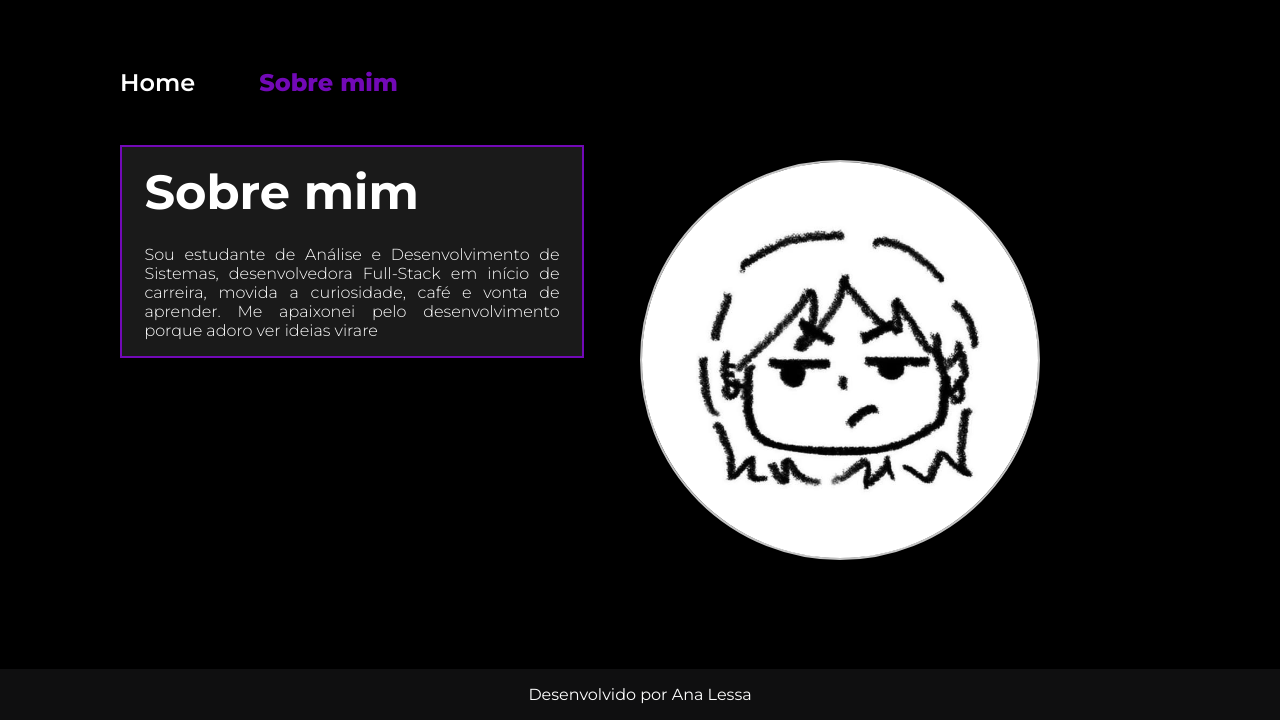
Repository: analessp/portfolio-developer
Page: about-me.html
These files come from the project's save history. The page is drawn as it stood at one moment and after a run of saves; the edit follows.
The browser window is 1280 px wide. The pictures show the whole page.

Above is the page before, as saved 2025-04-25 09:38:45.

After the next 3 saves:
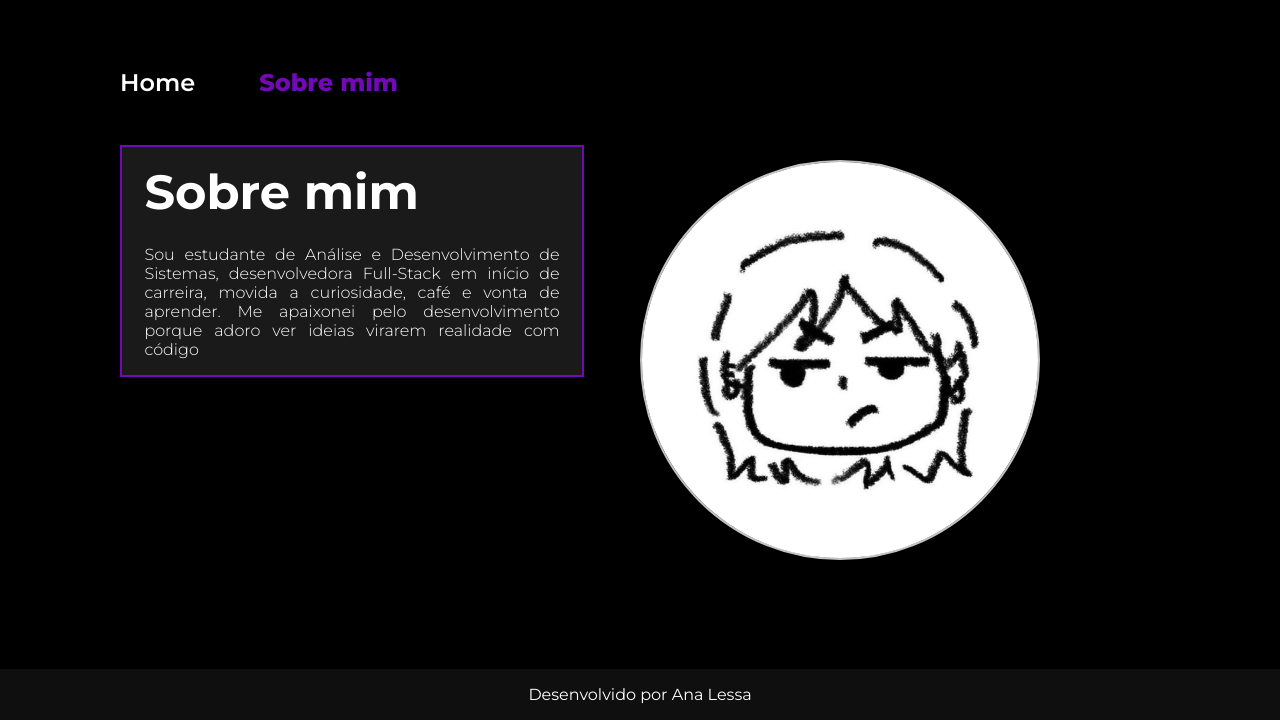
The 3 saves are shown as one change because they came seconds apart.
The last was saved 12 s later.
--- a/about-me.html
+++ b/about-me.html
@@ -22,7 +22,7 @@
     <main>
         <div class="about-me">
             <h1>Sobre mim</h1>
-            <p>Sou estudante de Análise e Desenvolvimento de Sistemas, desenvolvedora Full-Stack em início de carreira, movida a curiosidade, café e vonta de aprender. Me apaixonei pelo desenvolvimento porque adoro ver ideias virare</p>
+            <p>Sou estudante de Análise e Desenvolvimento de Sistemas, desenvolvedora Full-Stack em início de carreira, movida a curiosidade, café e vonta de aprender. Me apaixonei pelo desenvolvimento porque adoro ver ideias virarem realidade com código</p>
         </div>
         <img src="/assets/avatar.jfif" alt="Avatar de Ana Lessa" class="logo">
     </main>
